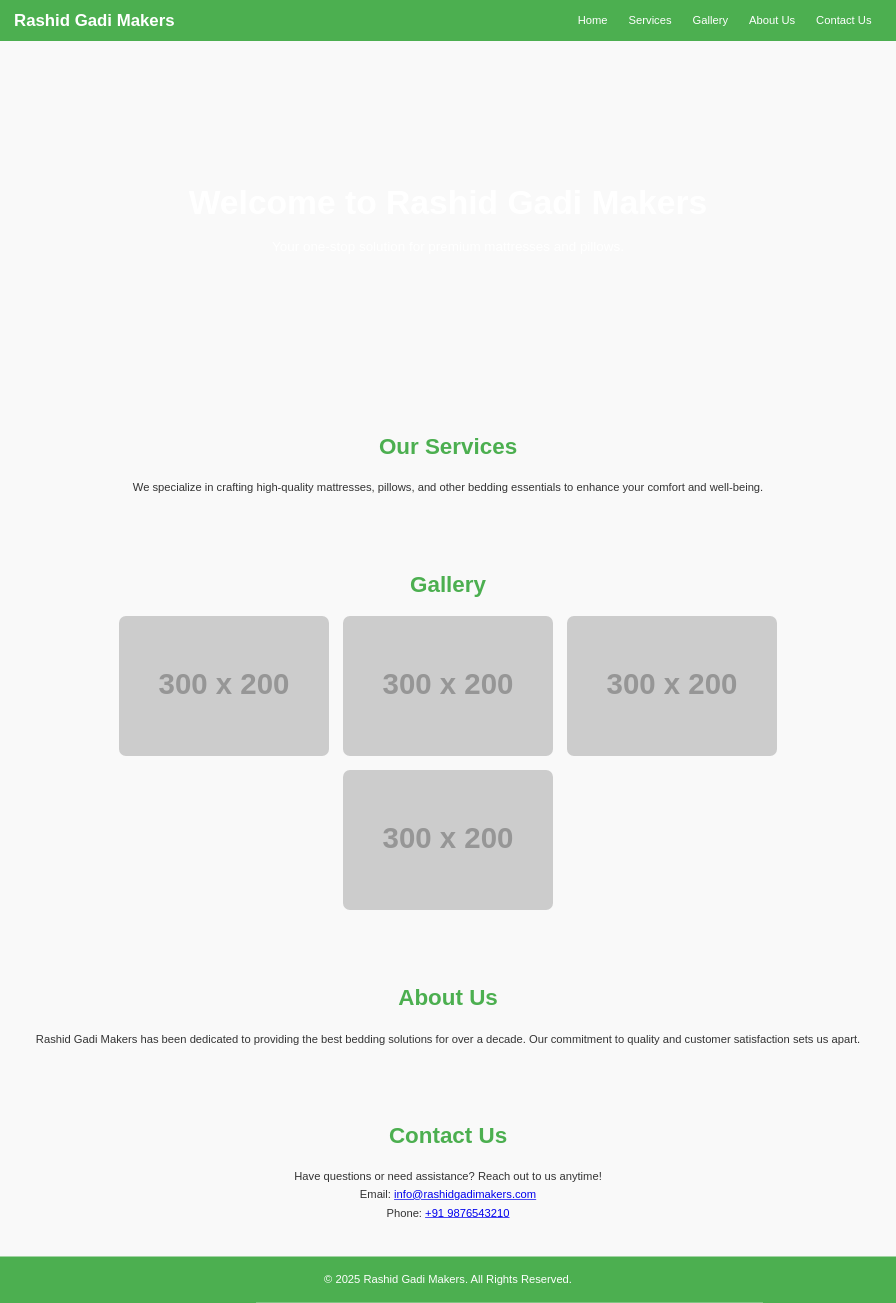
Repository: nadafgroup/rashidgadiUI
Page: src/home.html
These files come from the project's save history. The page is drawn as it stood at one moment and after the next save; the edit follows.
The browser window is 1280 px wide. The pictures show the whole page, at 70% of full size.

Above is the page before, as saved 2025-01-23 10:44:25.
Not found: assets/img/gadi.jpg

After the next save:
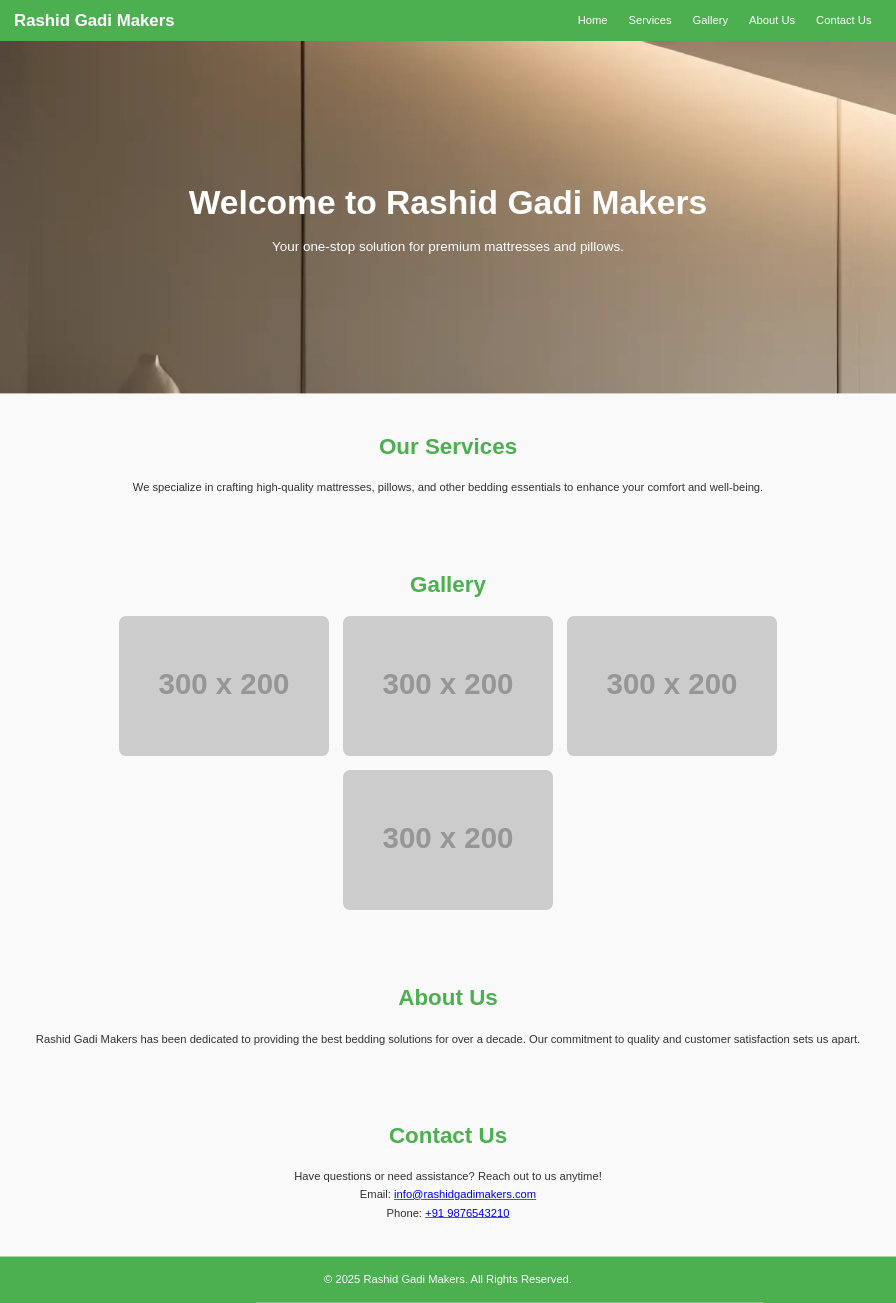
Saved 4 min 1 s later.
--- a/src/home.css
+++ b/src/home.css
@@ -62,7 +62,7 @@ body {
     color: white;
     height: 70vh;
     padding: 20px;
-    background-image: url(../assets/img/gadi.jpg);
+    background-image: url(../assets/img/1.webp);
     background-repeat: no-repeat;
 
 }
